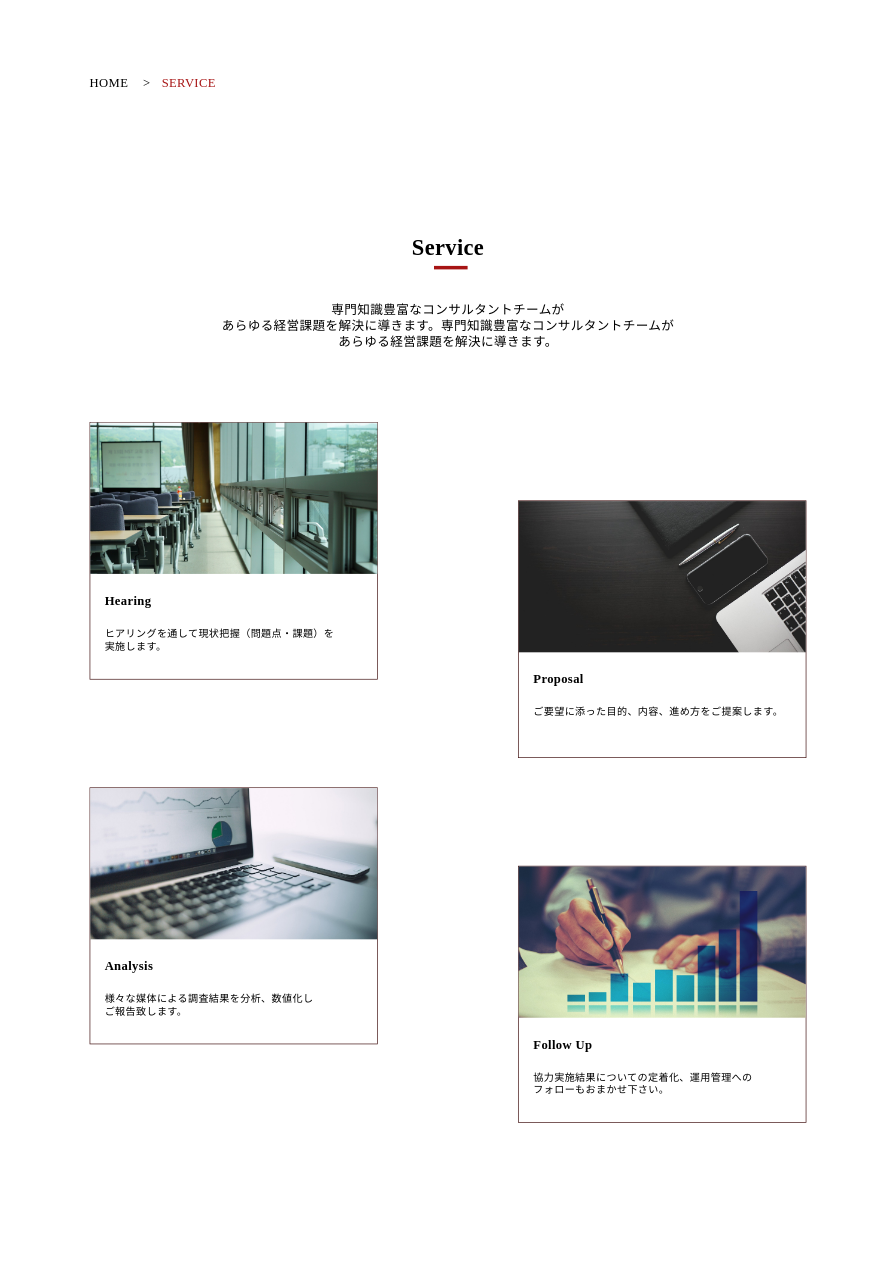
Repository: nozomi-23/hp2_test
Page: html/service.html
The author's editor kept a copy of each file at every save. The page is drawn from the files as they stood at one save, then again after a run of saves.
The browser window is 1280 px wide. The pictures show the part of the page from y = 737 to 2657 px (the page is 2575 px tall before and 2657 px after), at 70% of full size.
Some web fonts or font styles are not loaded; a fallback is used. Some web libraries are served in a nearby version.

Above is the page before, as saved 2022-06-26 07:47:11.

After the next 2 saves:
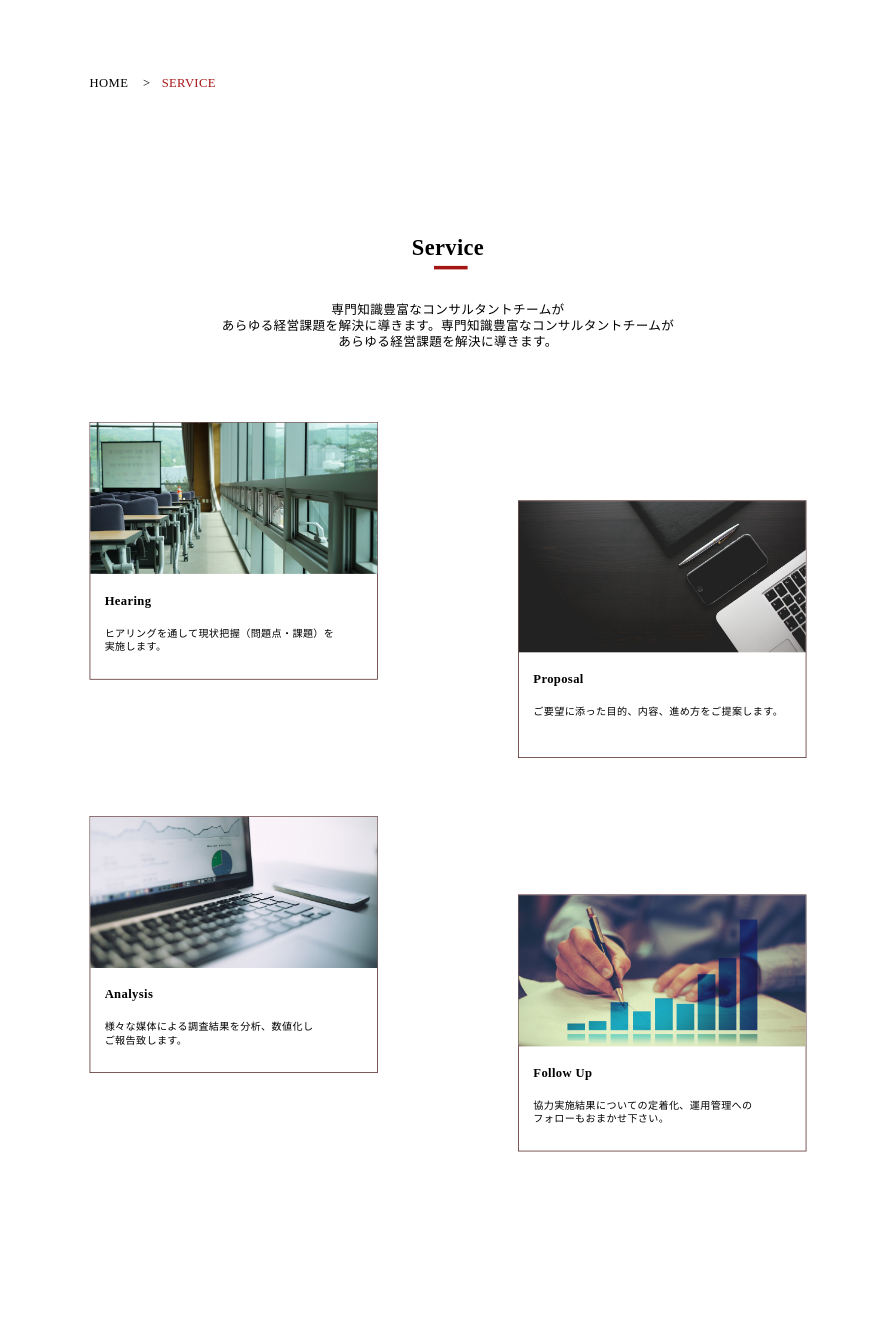
The 2 saves are shown as one change because they came seconds apart.
The last was saved 41 s later.
--- a/css/service.css
+++ b/css/service.css
@@ -28,7 +28,7 @@ service_intro
 .intro_item {
   width: 40%;
   height: auto;
-  margin-bottom: 15%;
+  margin-bottom: 19%;
   border: solid 1px #441414;
 }
 
